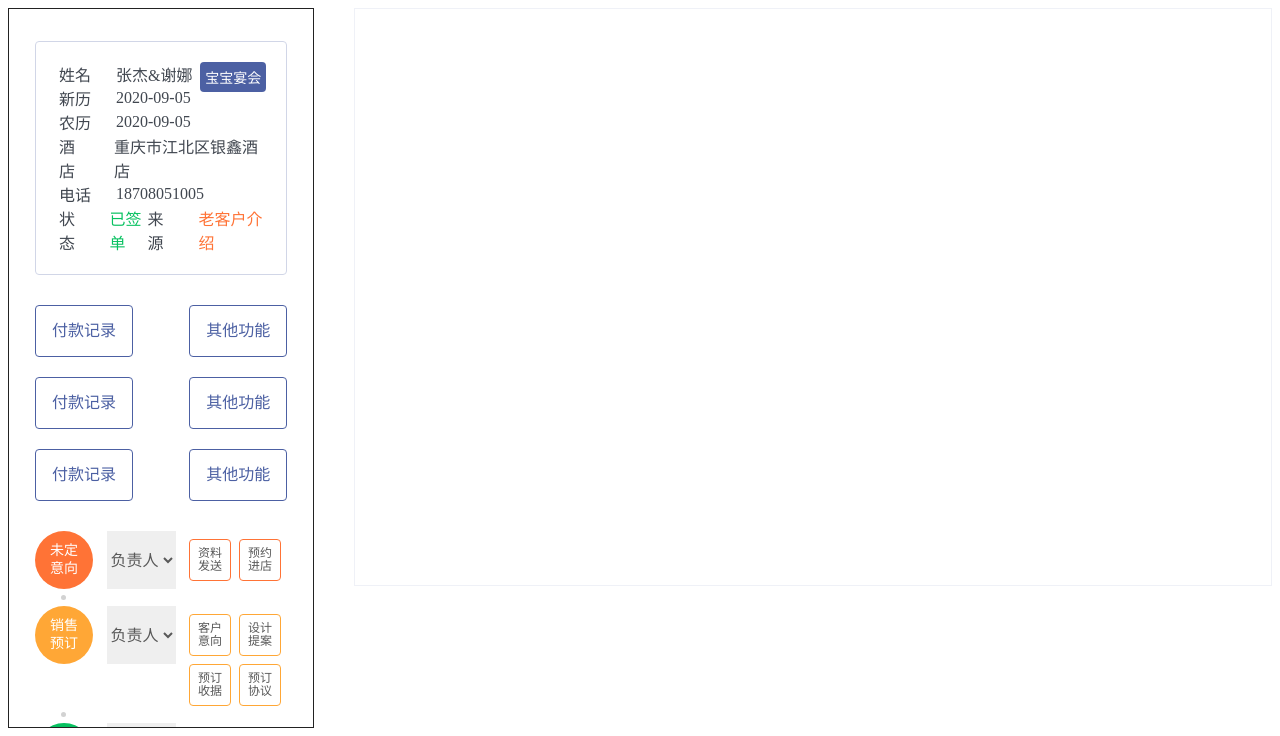
Repository: Lairuola/wedding-1
Page: index.html
These files come from the project's save history. The page is drawn as it stood at one moment and after the next save; the edit follows.
The browser window is 1280 px wide. The pictures show the whole page.

Above is the page before, as saved 2020-12-24 15:25:55.

### index.html
<!--
 * @Author       : 濑若拉
 * @Date         : 2020-12-17 10:22:14
 * @LastEditors  : 濑若拉
 * @LastEditTime : 2020-12-24 15:25:55
 * @FilePath     : /slidebar/index.html
-->


<!DOCTYPE html>
<html lang="en">

<head>
  <meta charset="UTF-8">
  <meta name="viewport" content="width=device-width, initial-scale=1.0">
  <title>Document</title>
  <style>
    .slide-left {
      width: 402px;
      height: 100vh;
      box-sizing: border-box;
      padding: 32px 26px;
      overflow-y: auto;
      display: flex;
      flex-direction: column;
      align-items: center;
      border: 1px solid #222;
    }

    .info {
      width: 100%;
      height: 328px;
      display: flex;
      flex-direction: column;
      justify-content: space-between;
      padding: 20px 23px;
      position: relative;
      box-sizing: border-box;
      border-radius: 4px;
      border: solid 1px #d1d6e7;
    }

    .info .row {
      width: 100%;
      display: flex;
      font-size: 16px;
      color: #414750;
      flex-direction: row;
      align-items: center;
    }

    .info .row .label,
    .info .end-row .item .label {
      margin-right: 25px;
    }

    .info .end-row {
      width: 100%;
      display: flex;
      flex-direction: row;
      align-items: center;
      justify-content: space-between;
      font-size: 16px;
      color: #414750;
    }

    .info .end-row .item {
      display: flex;
      flex-direction: row;
      align-items: center;
      font-size: 16px;
      color: #414750;
    }

    .info .info-tag {
      padding: 5px;
      background-color: #4c60a3;
      border-radius: 4px;
      font-size: 14px;
      color: #fff;
      position: absolute;
      top: 20px;
      right: 20px;
    }

    .btn-area {
      width: 100%;
      display: flex;
      flex-direction: row;
      align-items: center;
      justify-content: space-between;
      flex-wrap: wrap;
      margin-top: 10px;
      margin-bottom: 30px;
    }

    .btn-area .btn {
      width: 96px;
      height: 50px;
      background-color: #ffffff;
      border-radius: 4px;
      border: solid 1px #4c60a3;
      font-size: 16px;
      color: #4c60a3;
      text-align: center;
      line-height: 50px;
      margin-top: 20px;
    }

    .bot-area {
      width: 100%;
      display: flex;
      flex-direction: column;
    }

    .bot-area .item {
      width: 100%;
      display: flex;
      flex-direction: row;
      position: relative;
      padding-bottom: 17px;
    }

    .bot-area .item .circle {
      width: 58px;
      height: 58px;
      color: #fff;
      border-radius: 100%;
      display: flex;
      align-items: center;
      justify-content: center;
    }

    .bot-area .item .circle .text {
      width: 28px;
      height: 36px;
      font-size: 14px;
      line-height: 18px;
    }

    .bot-area .item .select-wrap {
      width: 96px;
      text-align: center;
    }

    .bot-area .item .select-wrap .bot-select {
      border: none;
      outline: none;
      color: #595959;
      font-size: 16px;
      height: 58px;
    }

    .bot-area .item .btn-row {
      flex: 1;
      display: flex;
      flex-direction: row;
      flex-wrap: wrap;
      margin-right: -8px;
    }

    .bot-area .item .btn-row .btn {
      width: 40px;
      height: 40px;
      border-radius: 4px;
      margin-right: 8px;
      border: 1px solid;
      display: flex;
      align-items: center;
      justify-content: center;
      margin-top: 8px;
      color: #595959;
    }

    .bot-area .item .btn-row .btn .word {
      width: 24px;
      height: 26px;
      font-size: 12px;
      line-height: 13px;
      letter-spacing: 0px;
    }

    .bot-area .item .dot {
      width: 5px;
      height: 5px;
      background-color: #d2d2d2;
      border-radius: 100%;
      position: absolute;
      bottom: 6px;
      left: 26px;
    }

    .bot-area .item .btn-row .btn.orange {
      border-color: #ff7336;
    }

    .bot-area .item .btn-row .btn.orange:hover {
      background-color: #ff7336;
      color: #fff;
    }

    .bot-area .item .btn-row .btn.yellow {
      border-color: #ffa736;
    }

    .bot-area .item .btn-row .btn.yellow:hover {
      background-color: #ffa736;
      color: #fff;
    }

    .bot-area .item .btn-row .btn.green {
      border-color: #07c160;
    }

    .bot-area .item .btn-row .btn.green:hover {
      background-color: #07c160;
      color: #fff;
    }

    .bot-area .item .btn-row .btn.aqua {
      border-color: #0bc8cb;
    }

    .bot-area .item .btn-row .btn.aqua:hover {
      background-color: #0bc8cb;
      color: #fff;
    }

    .bot-area .item .btn-row .btn.blue {
      border-color: #3d9bfb;
    }

    .bot-area .item .btn-row .btn.blue:hover {
      background-color: #3d9bfb;
      color: #fff;
    }

    .bot-area .item .btn-row .btn.cornflowerblue {
      border-color: #4c60a3;
    }

    .bot-area .item .btn-row .btn.cornflowerblue:hover {
      background-color: #4c60a3;
      color: #fff;
    }

    .color-green {
      color: #07c160
    }

    .color-orange {
      color: #ff7336;
    }

    .bg-color-red {
      background-color: #ff7336;
    }

    .bg-color-yellow {
      background-color: #ffa736;
    }

    .bg-color-green {
      background-color: #07c160;
    }

    .bg-color-aqua {
      background-color: #0bc8cb;
    }

    .bg-color-blue {
      background-color: #3d9bfb;
    }

    .bg-color-cornflowerblue {
      background-color: #4c60a3;
    }
  </style>
  <style>
    .my-table {
      width: 100%;
      height: 80vh;
      display: flex;
      flex-direction: column;
      margin-left: 40px;
      border: 1px solid #eff1f7;
    }
    .my-table .rows {
      width: 100%;
      display: flex;
      flex-direction: row;
      align-items: center;
    }
  </style>
</head>

<body style="display: flex;flex-direction: row;">
  <div class="slide-left">
    <!-- 资料 -->
    <div class="info">
      <div class="row">
        <div class="label">姓名</div>
        <div class="content">张杰&谢娜</div>
      </div>
      <div class="row">
        <div class="label">新历</div>
        <div class="content">2020-09-05</div>
      </div>
      <div class="row">
        <div class="label">农历</div>
        <div class="content">2020-09-05</div>
      </div>
      <div class="row">
        <div class="label">酒店</div>
        <div class="content">重庆市江北区银鑫酒店</div>
      </div>
      <div class="row">
        <div class="label">电话</div>
        <div class="content">18708051005</div>
      </div>
      <div class="end-row">
        <div class="item">
          <div class="label">状态</div>
          <div class="content color-green">已签单</div>
        </div>
        <div class="item">
          <div class="label">来源</div>
          <div class="content color-orange">老客户介绍</div>
        </div>
      </div>
      <!-- tag -->
      <div class="info-tag">宝宝宴会</div>
    </div>
    <!-- btn-area -->
    <div class="btn-area">
      <div class="btn">付款记录</div>
      <div class="btn">其他功能</div>
      <div class="btn">付款记录</div>
      <div class="btn">其他功能</div>
      <div class="btn">付款记录</div>
      <div class="btn">其他功能</div>
    </div>
    <!-- bot-area -->
    <div class="bot-area">
      <div class="item">
        <div class="circle bg-color-red">
          <div class="text">未定意向</div>
        </div>
        <div class="select-wrap">
          <select class='bot-select' name="" id="">
            <option value="">负责人</option>
          </select>
        </div>
        <div class="btn-row">
          <div class="btn orange">
            <div class="word">资料发送</div>
          </div>
          <div class="btn orange">
            <div class="word">预约进店</div>
          </div>
        </div>
        <div class="dot"></div>
      </div>
      <div class="item">
        <div class="circle bg-color-yellow">
          <div class="text">销售预订</div>
        </div>
        <div class="select-wrap">
          <select class='bot-select' name="" id="">
            <option value="">负责人</option>
          </select>
        </div>
        <div class="btn-row">
          <div class="btn yellow">
            <div class="word">客户意向</div>
          </div>
          <div class="btn yellow">
            <div class="word">设计提案</div>
          </div>
          <div class="btn yellow">
            <div class="word">预订收据</div>
          </div>
          <div class="btn yellow">
            <div class="word">预订协议</div>
          </div>
        </div>
        <div class="dot"></div>
      </div>
      <div class="item">
        <div class="circle bg-color-green">
          <div class="text">设计策划</div>
        </div>
        <div class="select-wrap">
          <select class='bot-select' name="" id="">
            <option value="">负责人</option>
          </select>
        </div>
        <div class="btn-row">
          <div class="btn green">
            <div class="word">策划设计</div>
          </div>
          <div class="btn green">
            <div class="word">价格明细</div>
          </div>
          <div class="btn green">
            <div class="word">正式合同</div>
          </div>
          <div class="btn green">
            <div class="word">搭建清单</div>
          </div>
        </div>
        <div class="dot"></div>
      </div>
      <div class="item">
        <div class="circle bg-color-aqua">
          <div class="text">服务统筹</div>
        </div>
        <div class="select-wrap">
          <select class='bot-select' name="" id="">
            <option value="">负责人</option>
          </select>
        </div>
        <div class="btn-row">
          <div class="btn aqua">
            <div class="word">统筹服务</div>
          </div>
        </div>
        <div class="dot"></div>
      </div>
      <div class="item">
        <div class="circle bg-color-blue">
          <div class="text">执行搭建</div>
        </div>
        <div class="select-wrap">
          <select class='bot-select' name="" id="">
            <option value="">负责人</option>
          </select>
        </div>
        <div class="btn-row">
          <div class="btn blue">
            <div class="word">搭建确认</div>
          </div>
          <div class="btn blue">
            <div class="word">执行完成</div>
          </div>
        </div>
        <div class="dot"></div>
      </div>
      <div class="item">
        <div class="circle bg-color-cornflowerblue">
          <div class="text">成本结算</div>
        </div>
        <div class="select-wrap">
          <select class='bot-select' name="" id="">
            <option value="">负责人</option>
          </select>
        </div>
        <div class="btn-row">
          <div class="btn cornflowerblue">
            <div class="word">成本核算</div>
          </div>
        </div>
      </div>
    </div>
  </div>
  <div class="my-table">
    <div class="rows">
      <div class="item"></div>
    </div>
  </div>
</body>

</html>

After the next save:
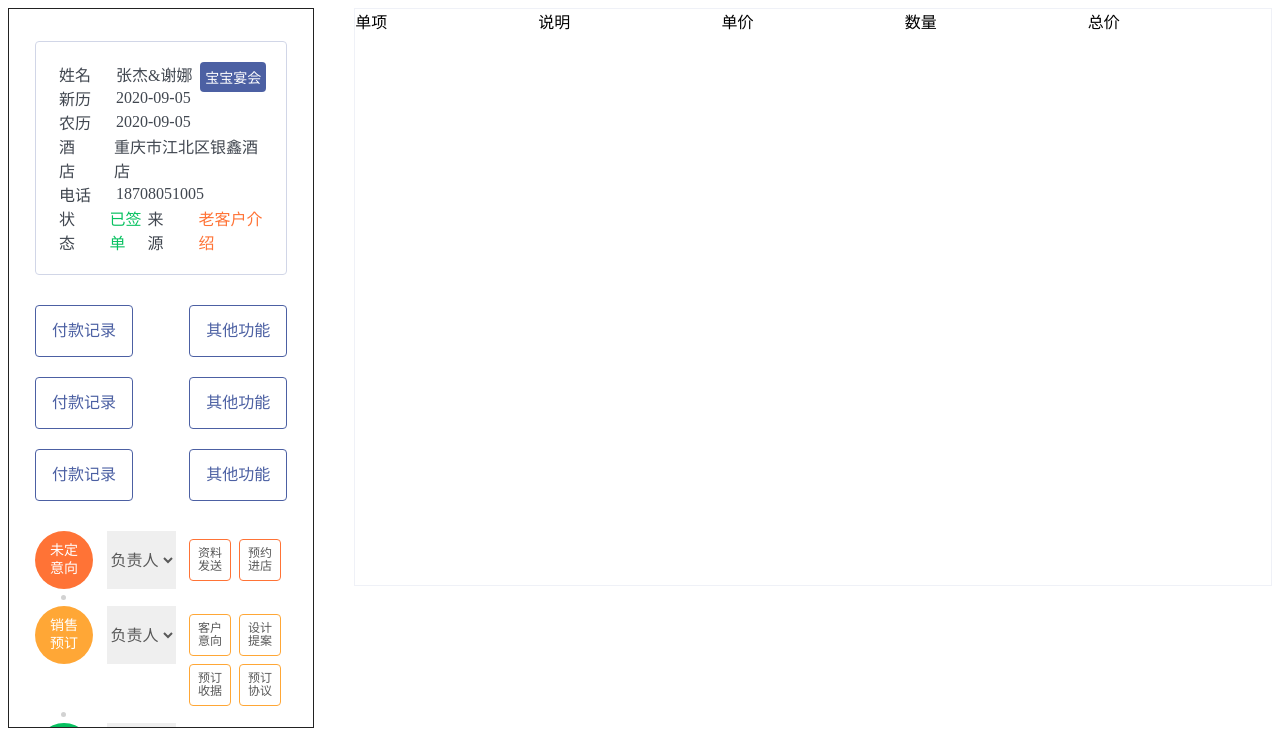
Saved 71 s later.
--- a/index.html
+++ b/index.html
@@ -2,7 +2,7 @@
  * @Author       : 濑若拉
  * @Date         : 2020-12-17 10:22:14
  * @LastEditors  : 濑若拉
- * @LastEditTime : 2020-12-24 15:25:55
+ * @LastEditTime : 2020-12-24 15:27:06
  * @FilePath     : /slidebar/index.html
 -->
 
@@ -285,11 +285,16 @@
       margin-left: 40px;
       border: 1px solid #eff1f7;
     }
+
     .my-table .rows {
       width: 100%;
       display: flex;
       flex-direction: row;
       align-items: center;
+    }
+
+    .my-table .rows .item {
+      flex: 1;
     }
   </style>
 </head>
@@ -465,7 +470,11 @@
   </div>
   <div class="my-table">
     <div class="rows">
-      <div class="item"></div>
+      <div class="item">单项</div>
+      <div class="item">说明</div>
+      <div class="item">单价</div>
+      <div class="item">数量</div>
+      <div class="item">总价</div>
     </div>
   </div>
 </body>
